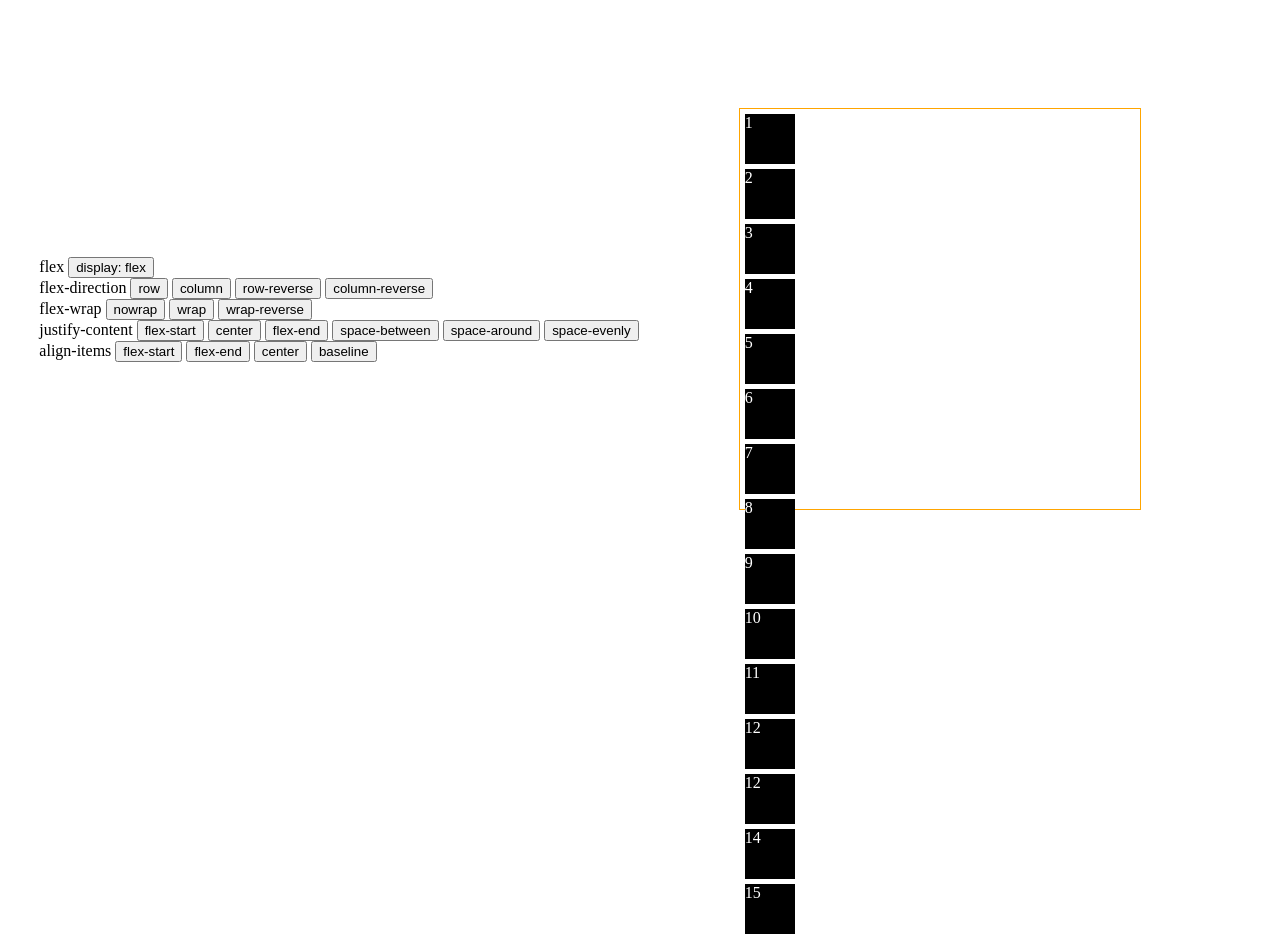
Repository: eeoooo/MINI-PROJECTS-HTML-CSS
Page: 220730-PracticeCSSFlex/index.html
An editor plug-in stored every save of this project. The page is shown before and after the next save, followed by the edit.
The browser window is 1280 px wide. The pictures show the whole page.

Above is the page before, as saved 2022-07-30 20:06:38.

### 220730-PracticeCSSFlex/index.html
<!DOCTYPE html>
<html lang="en">
<head>
    <meta charset="UTF-8">
    <meta http-equiv="X-UA-Compatible" content="IE=edge">
    <meta name="viewport" content="width=device-width, initial-scale=1.0">
    <link rel="stylesheet" href="style.css">
    <script defer src="main.js"></script>
    <title>Document</title>
</head>
<body>
    <div class="buttons">
        <span class="flexSpan">flex</span>
        <button class="flexButton">display: flex</button>
        <div class="flex-directions">
            <span class="flex-direction">flex-direction</span>
            <button class="flex-direction-row">row</button>
            <button class="flex-direction-column">column</button>
            <button class="flex-direction-row-reverse">row-reverse</button>
            <button class="flex-direction-column-reverse">column-reverse</button>
        </div>
        <div class="flex-wraps">
            <span class="flex-wrap">flex-wrap</span>
            <button class="flex-wrap-nowrap">nowrap</button>
            <button class="flex-wrap-wrap">wrap</button>
            <button class="flex-wrap-wrap-reverse">wrap-reverse</button>
        </div>
        <div class="justify-contents">
            <span class="justify-content">justify-content</span>
            <button class="justify-content-flex-start">flex-start</button>
            <button class="justify-content-center">center</button>
            <button class="justify-content-flex-end">flex-end</button>
            <button class="justify-content-space-between">space-between</button>
            <button class="justify-content-space-around">space-around</button>
            <button class="justify-content-space-evenly">space-evenly</button>
        </div>
        <div class="align-items">
            <span class="align-items">align-items</span>
            <button class="align-items-flex-start">flex-start</button>
            <button class="align-items-flex-end">flex-end</button>
            <button class="align-items-center">center</button>
            <button class="align-items-baseline">baseline</button>
        </div>
    </div>
    <div class="container">
        <div class="box">1</div>
        <div class="box">2</div>
        <div class="box">3</div>
        <div class="box">4</div>
        <div class="box">5</div>
        <div class="box">6</div>
        <div class="box">7</div>
        <div class="box">8</div>
        <div class="box">9</div>
        <div class="box">10</div>
        <div class="box">11</div>
        <div class="box">12</div>
        <div class="box">12</div>
        <div class="box">14</div>
        <div class="box">15</div>
    </div>
</body>
</html>

### 220730-PracticeCSSFlex/style.css
body {
  display: flex;
  justify-content: center;
  align-items: center;
}
.container {
  width: 400px;
  height: 400px;
  border: 1px solid orange;
  margin: 100px;
}
.box {
  width: 50px;
  height: 50px;
  background-color: black;
  color: white;
  margin: 5px;
}

### 220730-PracticeCSSFlex/main.js
let container = document.querySelector('.container');
let boxes = document.querySelectorAll('.box');

let buttonFlex = document.querySelector('.flexButton');
let buttonsFlexDirection = document.querySelector('.flex-directions');
let buttonsFlexWrap = document.querySelector('.flex-wraps');
let buttonsJustifyContent = document.querySelector('.justify-contents');
let buttonsAlignItem = document.querySelector('.align-items');

let clicked = ''
function setClicked(clickedItem){
    if (clicked){
        clicked.style.backgroundColor = '';}
    clickedItem.style.backgroundColor = 'lightBlue';
    clickedItem.style.border = '1px solid gray';
    clickedItem.style.borderRadius = '3px';
    clicked = clickedItem;
}
buttonFlex.addEventListener('click', ()=>{
    if( container.style.display == 'flex'){
        container.style.display = '';
        buttonFlex.textContent = 'display: flex';
        setClicked(buttonFlex);
    } else if (container.style.display == ''){
        container.style.display = 'flex';
        buttonFlex.textContent = 'display: block';
        setClicked(buttonFlex);
    }
})

buttonsFlexDirection.addEventListener('click', event => {
    if (event.target.tagName == 'BUTTON'){
        switch (event.target.attributes.class.value){
            case 'flex-direction-row':
                container.style.flexDirection = 'row';
                break
            case 'flex-direction-column':
                container.style.flexDirection = 'column';
                break
            case 'flex-direction-row-reverse':
                container.style.flexDirection = 'row-reverse';
                break
            case 'flex-direction-column-reverse':
                container.style.flexDirection = 'column-reverse';
                break
        }
        setClicked(event.target);
    }
})

buttonsFlexWrap.addEventListener('click',(event)=>{
    if (event.target.tagName == 'BUTTON'){
        switch (event.target.attributes.class.value){
            case 'flex-wrap-nowrap':
                container.style.flexWrap = 'nowrap';
                break
            case 'flex-wrap-wrap':
                container.style.flexWrap = 'wrap';
                break
            case 'flex-wrap-wrap-reverse':
                container.style.flexWrap = 'wrap-reverse';
                break
        }
        setClicked(event.target);
    }
})

buttonsJustifyContent.addEventListener('click', event => {
    if (event.target.tagName == 'BUTTON'){
        switch (event.target.attributes.class.value){
            case 'justify-content-flex-start':
                container.style.justifyContent = 'flex-start';
                break
            case 'justify-content-flex-end':
                container.style.justifyContent = 'flex-end';
                break
            case 'justify-content-center':
                container.style.justifyContent = 'center';
            case 'justify-content-space-between':
                container.style.justifyContent = 'space-between';
                break
            case 'justify-content-space-around':
                container.style.justifyContent = 'space-around';
                break
            case 'justify-content-space-evenly':
                container.style.justifyContent = 'space-evenly';
                break
    }
        setClicked(event.target);
    }
})

buttonsAlignItem.addEventListener('click', event => {
    if (event.target.tagName == 'BUTTON'){
        switch (event.target.attributes.class.value){
            case 'align-items-flex-start':
                container.style.alignItems = 'flex-start';
                break
            case 'align-items-flex-end':
                container.style.alignItems = 'flex-end';
                break
            case 'align-items-center':
                container.style.alignItems = 'center';
                break
            case 'align-items-baseline':
                container.style.alignItems = 'baseline';
                break
    }
        setClicked(event.target);
    }
})

After the next save:
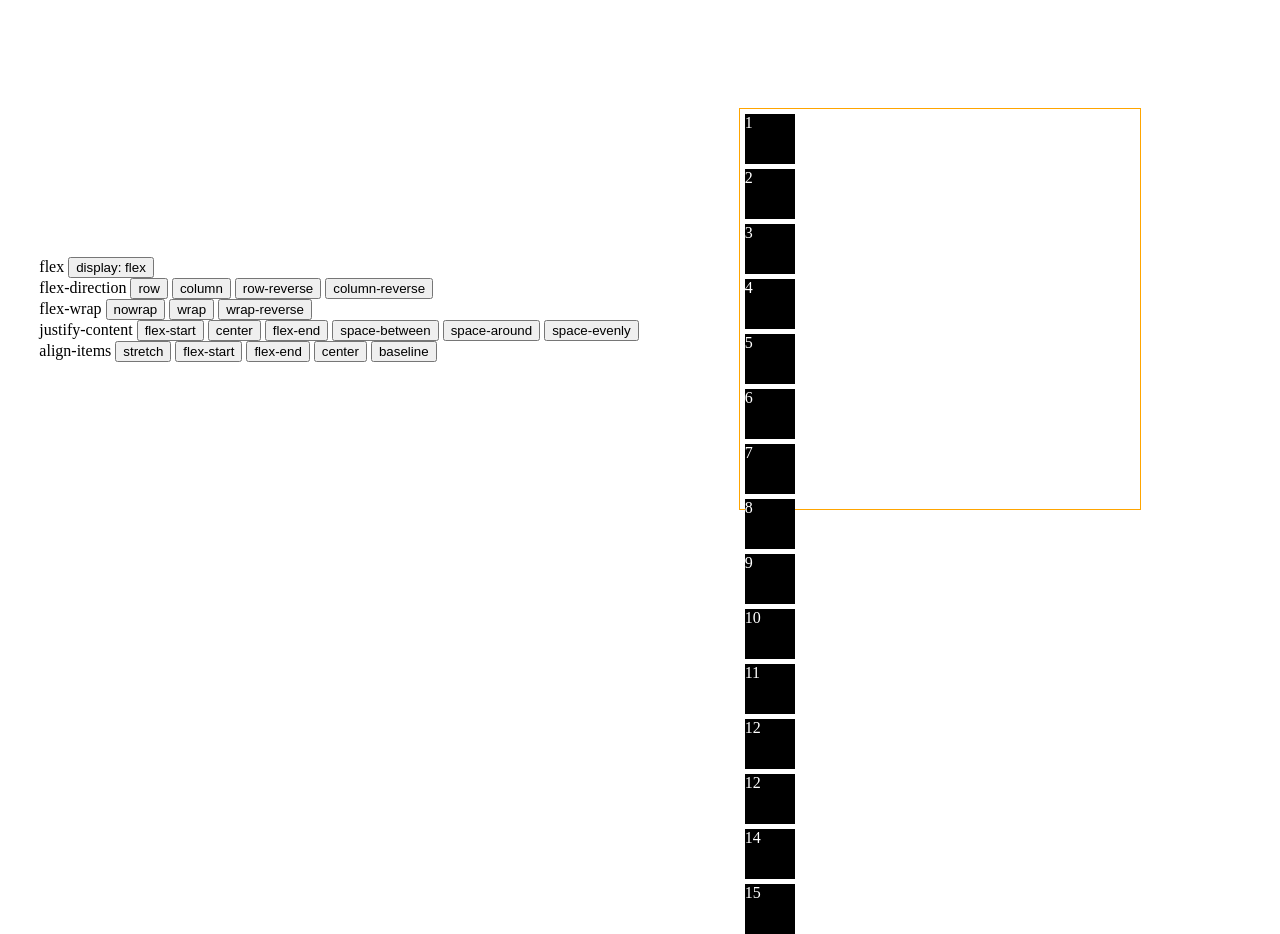
Saved 2 min 48 s later.
--- a/220730-PracticeCSSFlex/index.html
+++ b/220730-PracticeCSSFlex/index.html
@@ -36,6 +36,7 @@
         </div>
         <div class="align-items">
             <span class="align-items">align-items</span>
+            <button class="align-items-stretch">stretch</button>
             <button class="align-items-flex-start">flex-start</button>
             <button class="align-items-flex-end">flex-end</button>
             <button class="align-items-center">center</button>
